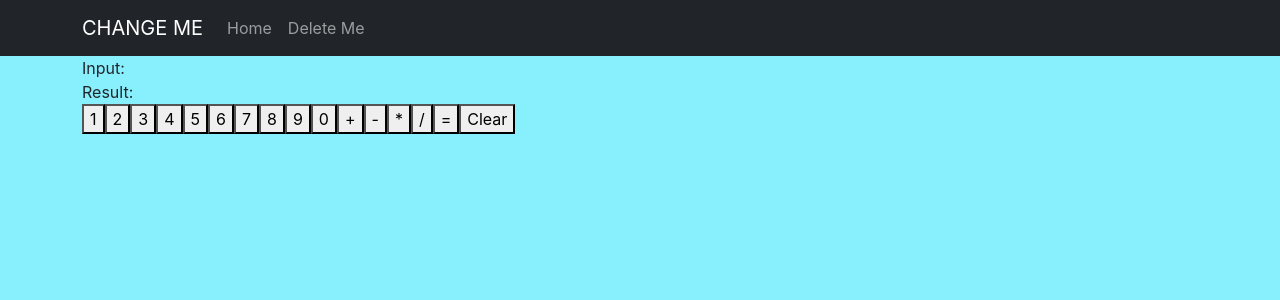
Repository: jgramirez0210/calculator-react
Page: /
These files come from the project's save history. The page is drawn as it stood at one moment and after a run of saves; the edit follows.
The browser window is 1280 px wide. The pictures show the whole page.
The project was rebuilt for these pictures with package versions that can differ from the ones it lists, and the page was loaded fresh each time. The framework's server and built-in components were replaced by stand-ins that run in the browser. Also part of the build but not shown: next.config.js.

Above is the page before, as saved 2024-01-09 19:41:16.

After the next 6 saves:
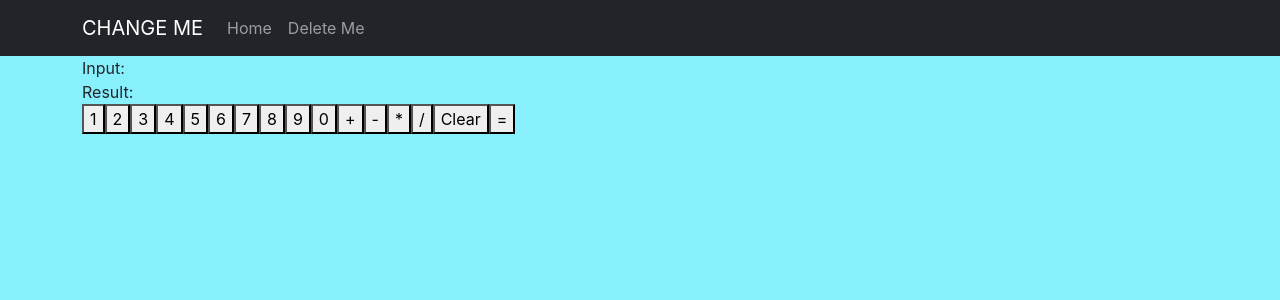
The 6 saves are shown as one change because 4 did not build or start and some came seconds apart.
The last was saved 6 min 9 s later.
--- a/pages/index.js
+++ b/pages/index.js
@@ -7,17 +7,17 @@ function Calculator() {
   const handelDigit = (digit) => {
     setInput((prevInput) => prevInput + digit);
   };
-  const handelOperation = (operation) => {
+  const handleOperation = (operation) => {
     setInput((prevInput) => prevInput + operation);
   };
-  const calculatorResult = () => {
+  const calculateResult = () => {
     try {
       setResult(Function('"use strict";return (' + input + ')')());
     } catch (error) {
       setResult('Error');
     }
   };
-  const handelClear = () => {
+  const handleClear = () => {
     setInput('');
     setResult(null);
   };
@@ -25,23 +25,14 @@ function Calculator() {
     <div>
       <div> Input: {input}</div>
       <div> Result: {result}</div>
-      <button type="button" onClick={() => handelDigit(1)}>1</button>
-      <button type="button" onClick={() => handelDigit(2)}>2</button>
-      <button type="button" onClick={() => handelDigit(3)}>3</button>
-      <button type="button" onClick={() => handelDigit(4)}>4</button>
-      <button type="button" onClick={() => handelDigit(5)}>5</button>
-      <button type="button" onClick={() => handelDigit(6)}>6</button>
-      <button type="button" onClick={() => handelDigit(7)}>7</button>
-      <button type="button" onClick={() => handelDigit(8)}>8</button>
-      <button type="button" onClick={() => handelDigit(9)}>9</button>
-      <button type="button" onClick={() => handelDigit(0)}>0</button>
-      <button type="button" onClick={() => handelOperation('+')}>+</button>
-      <button type="button" onClick={() => handelOperation('-')}>-</button>
-      <button type="button" onClick={() => handelOperation('*')}>*</button>
-      <button type="button" onClick={() => handelOperation('/')}>/</button>
-      <button type="button" onClick={calculatorResult}>=</button>
-      <button type="button" onClick={handelClear}>Clear</button>
-
+      {[1, 2, 3, 4, 5, 6, 7, 8, 9, 0].map((digit) => (
+        <button type="button" onClick={() => handelDigit(digit)}>{digit}</button>
+      ))}
+      {['+', '-', '*', '/'].map((operation) => (
+        <button type="button" onClick={() => handleOperation(operation)}>{operation}</button>
+      ))}
+      <button type="button" onClick={handleClear}>Clear</button>
+      <button type="button" onClick={calculateResult}>=</button>
     </div>
   );
 }
